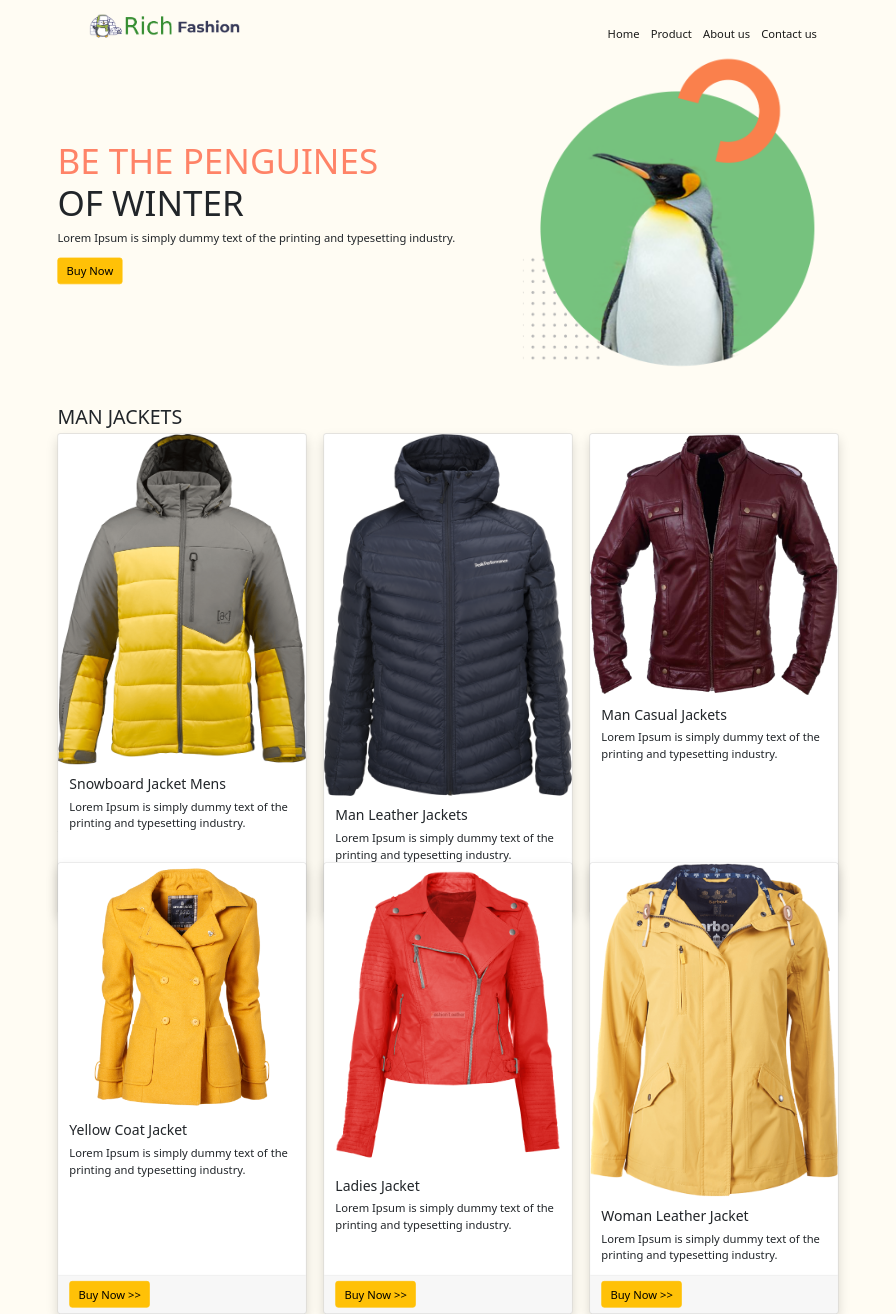
Repository: sabbircse3/fashion
Page: index.html
The author's editor kept a copy of each file at every save. The page is drawn from the files as they stood at one save, then again after a run of saves.
The browser window is 1280 px wide. The pictures show the whole page, at 70% of full size.

Above is the page before, as saved 2021-01-14 02:43:05.

### index.html
<!DOCTYPE html>
<html lang="en">
<head>
    <meta charset="UTF-8">
    <meta name="viewport" content="width=device-width, initial-scale=1.0">
    <title>Rich Fashion</title>

    <link rel="stylesheet" href="css/bootstrap.min.css">
    <style>
        .bg{
            background-color: #fffbf0be;
        }
        #hmenu{
            margin: 20px 0px 0px 500px;
        }
        .half-width{
            width: 35%;
            float: left;
            margin-left: 9%;
            padding-left: 2%;
        }
        .half-width h1{
            margin-top: 150px;
        }
        .half-width img{
            width: 100%;
        }
        section{
            height: 550px;
        }
        h1{
            font-size: 50px;
        }
        h2{
            font-size: 40px;
        }
        .name-highlight{
            color: #FF8367;
        }


    </style>
</head>
<body class="bg">
    <header class="container">

        <nav class="navbar navbar-expand-lg navbar-light ">
            <div class="container-fluid">

              <a class="navbar-brand" href="#"><img src="images/Group 33072.png" alt="" width="250px"></a>

              <button class="navbar-toggler" type="button" data-bs-toggle="collapse" data-bs-target="#navbarNavAltMarkup" aria-controls="navbarNavAltMarkup" aria-expanded="false" aria-label="Toggle navigation">
                <span class="navbar-toggler-icon"></span>
              </button>

              <div class="collapse navbar-collapse hmenu"navbarNavAltMarkup">

                <div  class="navbar-nav" id="hmenu" >
                  <a class="nav-link active" aria-current="page" href="#">Home</a>
                  <a class="nav-link active" href="#">Product</a>
                  <a class="nav-link active" href="#">About us</a>
                  <a class="nav-link active" href="#" tabindex="-1" aria-disabled="true">Contact us</a>
                </div>
              </div>
            </div>
          </nav>
    </header>


    <div class="container">
        <div id="carouselExampleControls" class="carousel slide orange-bg" data-ride="carousel">
            <div class="carousel-inner">
              <div class="carousel-item active">
                <div class="row align-items-center">
                    <div class="col-md-7">
                        <h1><span class="name-highlight">BE THE PENGUINES <br></span>OF WINTER</h1>
                        <p>Lorem Ipsum is simply dummy text of the printing and typesetting industry.</p>
                        <button class="btn btn-warning">Buy Now</button>
                    </div>
                    <div class="col-md-5">
                        <img src="images/penguin.png" class="d-block w-100" alt="...">
                    </div>
                </div>



            </div>

          </div>
    </div>

    <section class="mt-5">
        <h3>MAN JACKETS</h3>
        <div class="row row-cols-1 row-cols-md-3 g-4">
            <div class="col">
                <div class="card h-100 shadow">
                    <img src="images/image 11.png" class="card-img-top" alt="...">
                    <div class="card-body">
                        <h5 class="card-title">Snowboard Jacket Mens</h5>
                        <p class="card-text">Lorem Ipsum is simply dummy text of the printing and typesetting industry.</p>
                    </div>
                    <div class="card-footer">
                        <button class="btn btn-warning">Buy Now >></button>
                    </div>
                </div>
            </div>
            <div class="col">
                <div class="card h-100 shadow">
                    <img src="images/toppng 1.png" class="card-img-top" alt="...">
                    <div class="card-body">
                        <h5 class="card-title">Man Leather Jackets</h5>
                        <p class="card-text">Lorem Ipsum is simply dummy text of the printing and typesetting industry.</p>
                    </div>
                    <div class="card-footer">
                        <button class="btn btn-warning">Buy Now >></button>
                    </div>
                </div>
            </div>
            <div class="col">
                <div class="card h-100 shadow">
                    <img src="images/vippng 1.png" class="card-img-top" alt="...">
                    <div class="card-body">
                        <h5 class="card-title">Man Casual Jackets</h5>
                        <p class="card-text">Lorem Ipsum is simply dummy text of the printing and typesetting industry.</p>
                    </div>
                    <div class="card-footer">
                        <button class="btn btn-warning">Buy Now >></button>
                    </div>
                </div>
            </div>
        </div>
    </section>

    <section class="mt-5">
        <h2>WOMAN JACKETS</h2>
        <div class="row row-cols-1 row-cols-md-3 g-4">
            <div class="col">
                <div class="card h-100 shadow">
                    <img src="images/SeekPng 1.png" class="card-img-top" alt="...">
                    <div class="card-body">
                        <h5 class="card-title">Yellow Coat Jacket</h5>
                        <p class="card-text">Lorem Ipsum is simply dummy text of the printing and typesetting industry.</p>
                    </div>
                    <div class="card-footer">
                        <button class="btn btn-warning">Buy Now >></button>
                    </div>
                </div>
            </div>
            <div class="col">
                <div class="card h-100 shadow">
                    <img src="images/image 15.png" class="card-img-top" alt="...">
                    <div class="card-body">
                        <h5 class="card-title">Ladies Jacket</h5>
                        <p class="card-text">Lorem Ipsum is simply dummy text of the printing and typesetting industry.</p>
                    </div>
                    <div class="card-footer">
                        <button class="btn btn-warning">Buy Now >></button>
                    </div>
                </div>
            </div>
            <div class="col">
                <div class="card h-100 shadow">
                    <img src="images/PngItem_2597366 1.png" class="card-img-top" alt="...">
                    <div class="card-body">
                        <h5 class="card-title">Woman Leather Jacket</h5>
                        <p class="card-text">Lorem Ipsum is simply dummy text of the printing and typesetting industry.</p>
                    </div>
                    <div class="card-footer">
                        <button class="btn btn-warning">Buy Now >></button>
                    </div>
                </div>
            </div>
        </div>
    </section>


    <script src="js/bootstrap.min.js"></script>
</body>
</html>

Loaded but not shown: css/bootstrap.min.css (library); js/bootstrap.min.js (library)

After the next 11 saves:
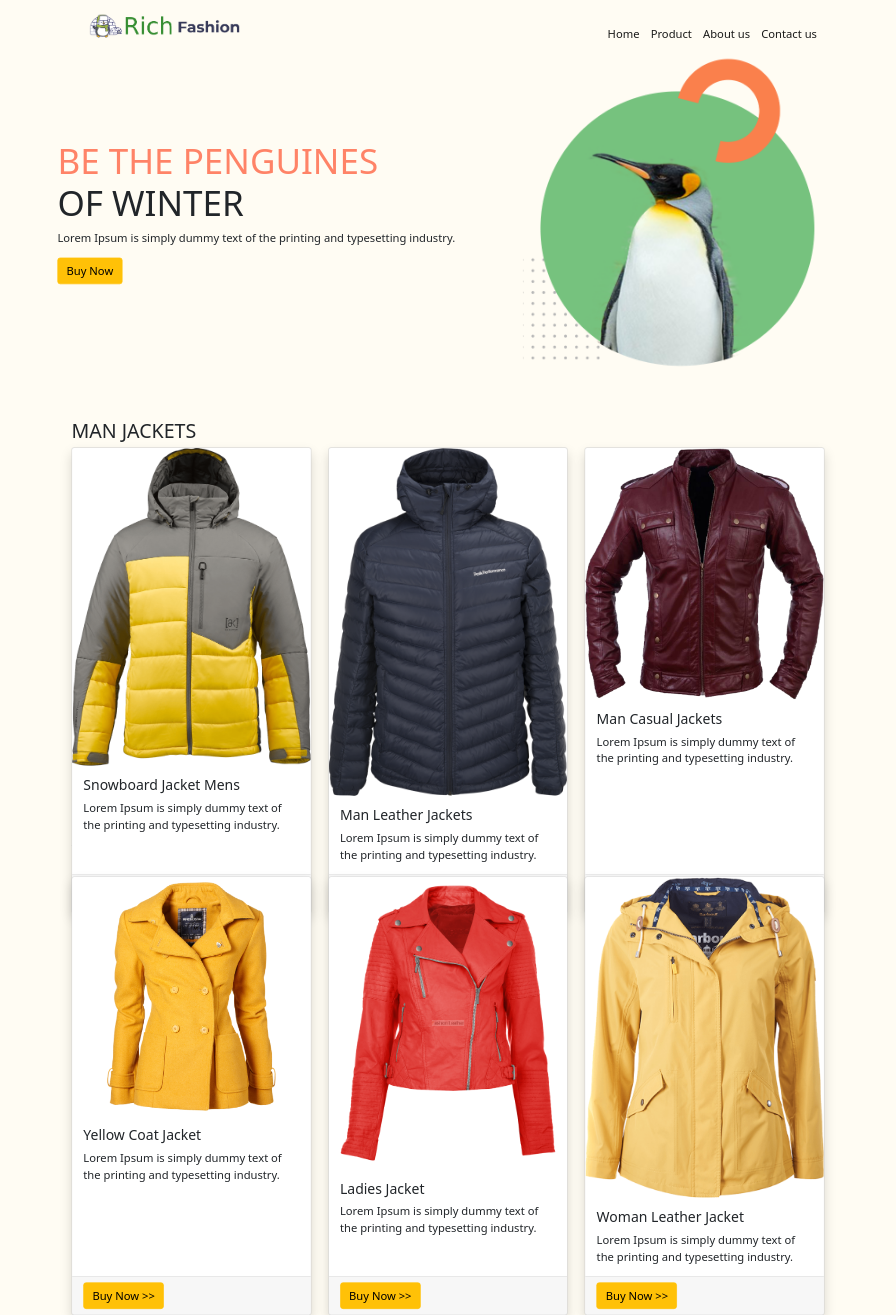
The 11 saves are shown as one change because they came seconds apart.
The last was saved 46 s later.
--- a/index.html
+++ b/index.html
@@ -37,7 +37,9 @@
         .name-highlight{
             color: #FF8367;
         }
-
+        .mt-5{
+            padding: 20px;
+        }
 
     </style>
 </head>
